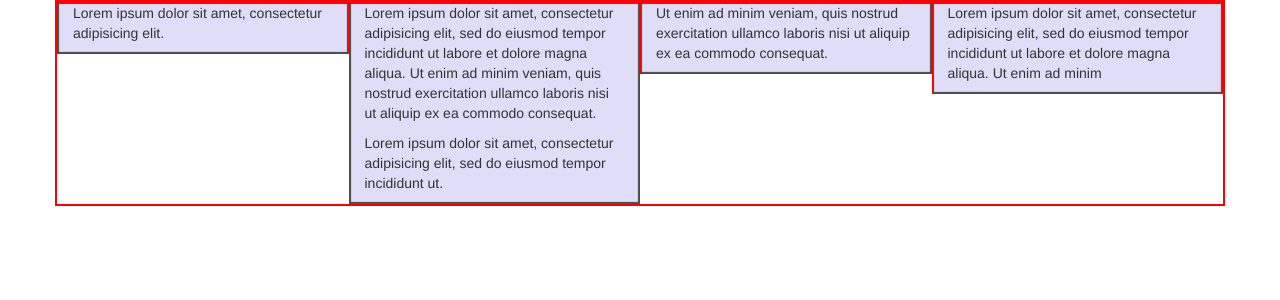
Repository: dushengwei/Bootstrap
Page: code/code/WebContent/one.html
The author's editor kept a copy of each file at every save. The page is drawn from the files as they stood at one save, then again after a run of saves.
The browser window is 1280 px wide. The pictures show the whole page.

Above is the page before, as saved 2017-02-15 09:26:29.

### code/code/WebContent/one.html
<!DOCTYPE html PUBLIC "-//W3C//DTD HTML 4.01 Transitional//EN" "http://www.w3.org/TR/html4/loose.dtd">
<html>
<head>
<meta http-equiv="Content-Type" content="text/html; charset=UTF-8">
<title>Insert title here</title>
<meta name="viewport" content="width=device-width,initial-scale=1.0">
<!--引入BootStrap  -->
<link rel="stylesheet" type="text/css" href="lib/css/bootstrap.min.css" />

<!-- HTML5 Shim 和 Respond.js 用于让 IE8 支持 HTML5元素和媒体查询 -->
<!-- 注意： 如果通过 file://  引入 Respond.js 文件，则该文件无法起效果 -->
<!-- html5 简单标签兼容ie9一下 -->
<!--[if lt IE 9]>
  <script type="text/javascript" src="lib/js/html5shiv.js"></script>
  <script src="https://oss.maxcdn.com/libs/respond.js/1.3.0/respond.min.js"></script>
<![endif] -->

<script type="text/javascript" src="lib/js/jquery.js"></script>
<script type="text/javascript" src="lib/js/bootstrap.min.js"></script>
<style type="text/css">
div {
	border: solid 1px red;
}
</style>
</head>
<body>
	<div class="container">
		<div class="row">
			<div class="col-xs-6 col-sm-3"
				style="background-color: #dedef8; box-shadow: inset 1px -1px 1px #444, inset -1px 1px 1px #444;">
				<p>Lorem ipsum dolor sit amet, consectetur adipisicing elit.</p>
				<ul class="hid"></ul>
			</div>
			<div class="col-xs-6 col-sm-3"
				style="background-color: #dedef8; box-shadow: inset 1px -1px 1px #444, inset -1px 1px 1px #444;">
				<p>Lorem ipsum dolor sit amet, consectetur adipisicing elit, sed
					do eiusmod tempor incididunt ut labore et dolore magna aliqua. Ut
					enim ad minim veniam, quis nostrud exercitation ullamco laboris
					nisi ut aliquip ex ea commodo consequat.</p>
				<p>Lorem ipsum dolor sit amet, consectetur adipisicing elit, sed
					do eiusmod tempor incididunt ut.</p>
			</div>

			<div class="clearfix visible-xs"></div>

			<div class="col-xs-6 col-sm-3"
				style="background-color: #dedef8; box-shadow: inset 1px -1px 1px #444, inset -1px 1px 1px #444;">
				<p>Ut enim ad minim veniam, quis nostrud exercitation ullamco
					laboris nisi ut aliquip ex ea commodo consequat.</p>
			</div>
			<div class="col-xs-6 col-sm-3"
				style="background-color: #dedef8; box-shadow: inset 1px -1px 1px #444, inset -1px 1px 1px #444;">
				<p>Lorem ipsum dolor sit amet, consectetur adipisicing elit, sed
					do eiusmod tempor incididunt ut labore et dolore magna aliqua. Ut
					enim ad minim</p>
			</div>
		</div>
	</div>
</body>
</html>

Loaded but not shown: code/code/WebContent/lib/css/bootstrap.min.css (library); code/code/WebContent/lib/js/jquery.js (library); code/code/WebContent/lib/js/bootstrap.min.js (library)

After the next 2 saves:
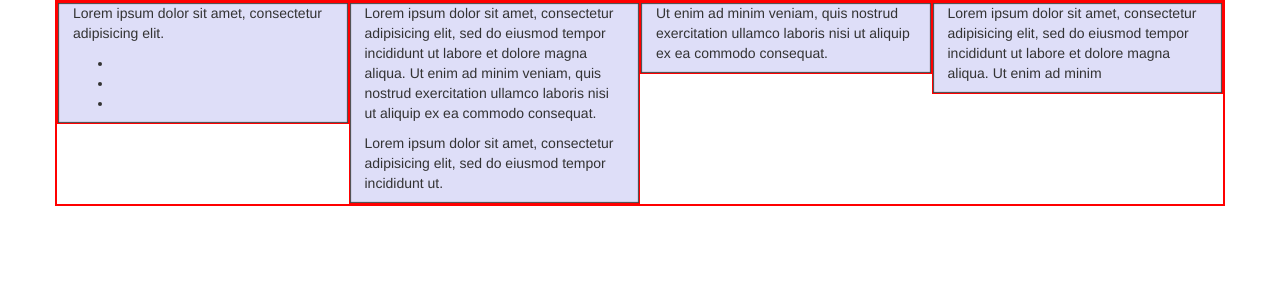
The 2 saves are shown as one change because they came seconds apart.
The last was saved 13 s later.
--- a/code/code/WebContent/one.html
+++ b/code/code/WebContent/one.html
@@ -29,7 +29,11 @@
 			<div class="col-xs-6 col-sm-3"
 				style="background-color: #dedef8; box-shadow: inset 1px -1px 1px #444, inset -1px 1px 1px #444;">
 				<p>Lorem ipsum dolor sit amet, consectetur adipisicing elit.</p>
-				<ul class="hid"></ul>
+				<ul class="hid">
+					<li></li>
+					<li></li>
+					<li></li>
+				</ul>
 			</div>
 			<div class="col-xs-6 col-sm-3"
 				style="background-color: #dedef8; box-shadow: inset 1px -1px 1px #444, inset -1px 1px 1px #444;">
